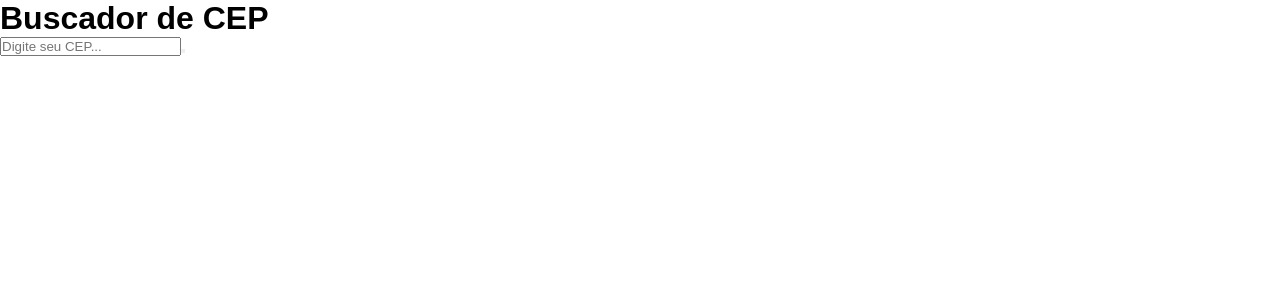
Repository: guipolo09/buscador-de-cep
Page: /
An editor plug-in stored every save of this project. The page is shown before and after a run of saves, followed by the edit.
The browser window is 1280 px wide. The pictures show the whole page.
The project was rebuilt for these pictures with package versions that can differ from the ones it lists, and the page was loaded fresh each time.

Above is the page before, as saved 2022-06-26 11:19:02.

After the next 3 saves:
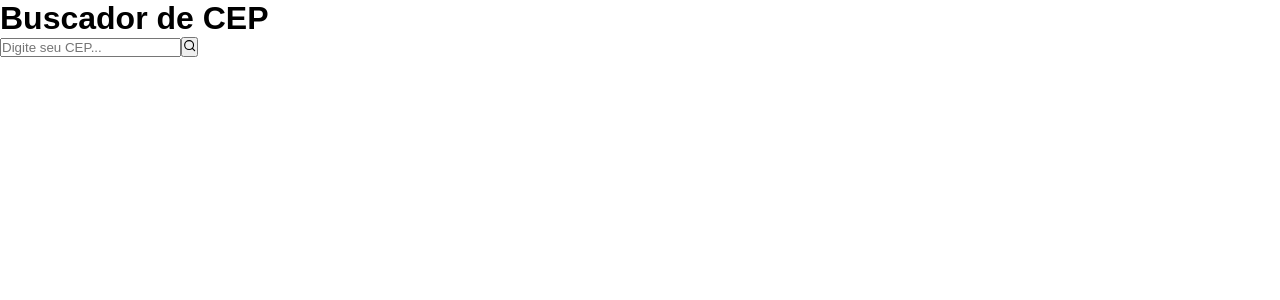
The 3 saves are shown as one change because 2 did not build or start.
The last was saved 5 min 14 s later.
--- a/src/App.js
+++ b/src/App.js
@@ -1,10 +1,14 @@
+import { FiSearch } from "react-icons/fi";
+
 function App() {
   return (
     <div className="container">
       <h1 className="title">Buscador de CEP</h1>
       <div className="containerInput">
         <input type="text" placeholder="Digite seu CEP..." />
-        <button className="buttonSearch" />
+        <button className="buttonSearch">
+          <FiSearch />
+        </button>
       </div>
     </div>
   );
